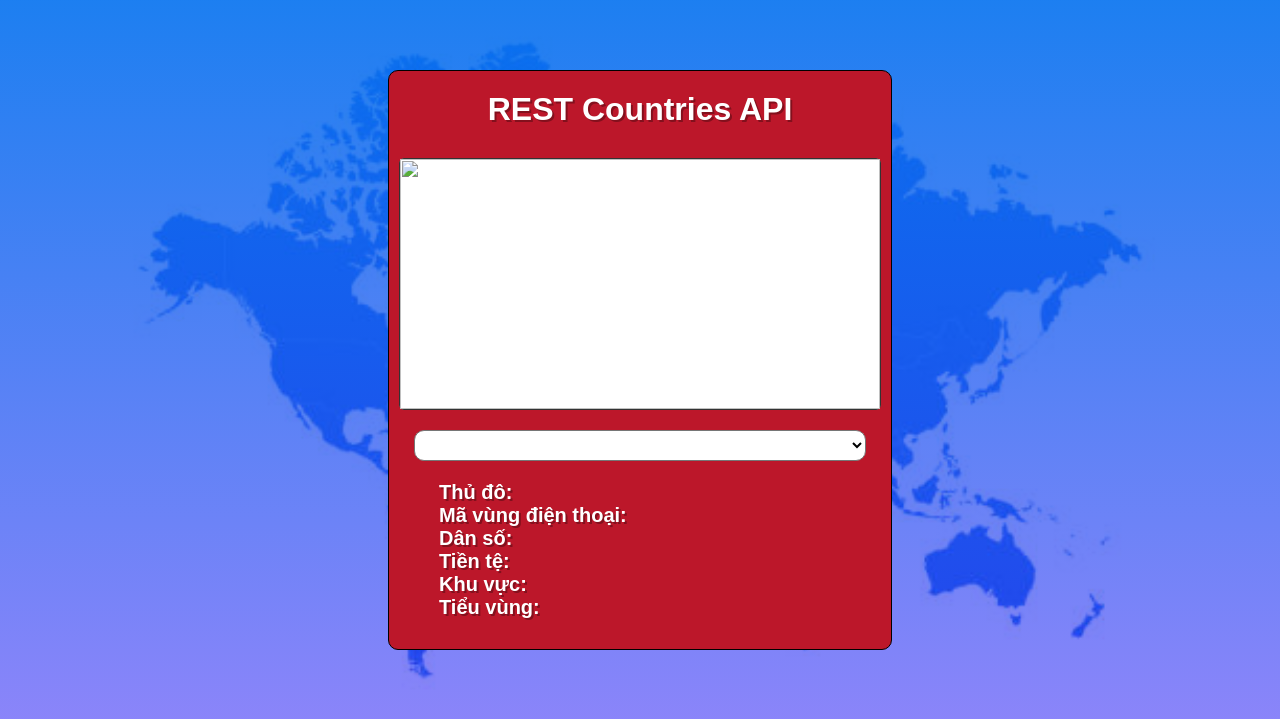
Repository: KhoaTran204/Rest-countries-api-app
Page: index.html
These files come from the project's save history. The page is drawn as it stood at one moment and after the next save; the edit follows.
The browser window is 1280 px wide. The pictures show the whole page.
The page's requests for data from a server got no answer.

Above is the page before, as saved 2024-04-14 09:29:56.

### index.html
<!DOCTYPE html>
<html lang="en">
  <head>
    <meta charset="UTF-8" />
    <meta name="viewport" content="width=device-width, initial-scale=1.0" />
    <link rel="stylesheet" href="style.css" />
    <title>Rest Countries API</title>
  </head>
  <body>
    <div class="container">
      <h1>REST Countries API</h1>
      <div id="main-container">
        <div id="flag-container">
          <img src="" alt="" />
        </div>
        <div id="info-container">
          <select id="countries"></select>
          <div class="info">
            <p>Thủ đô: <span id="capital"></span></p>
            <p>Mã vùng điện thoại: <span id="dialing-code"></span></p>
            <p>Dân số: <span id="population"></span></p>
            <p>Tiền tệ: <span id="currencies"></span></p>
            <p>Khu vực: <span id="region"></span></p>
            <p>Tiểu vùng: <span id="subregion"></span></p>
          </div>
        </div>
      </div>
    </div>
    <script src="app.js"></script>
  </body>
</html>

### style.css
* {
  margin: 0;
  padding: 0;
  box-sizing: border-box;
}

body {
  font-family: sans-serif;
  height: 100vh;
  display: flex;
  justify-content: center;
  align-items: center;
  /* background-image: url(anh/bando.jpg);
  background-repeat: no-repeat;
  background-position: center;
  background-size: cover; */
  background: linear-gradient(
      to top,
      rgba(23, 11, 244, 0.5),
      rgba(4, 113, 239, 0.9)
    ),
    url(anh/bando.jpg) no-repeat center/cover;
}

#flag-container {
  margin: 10px;
  height: 252px;
  background-color: #fff;
  border: 1px solid #333;
  border-radius: 5px;
}

#flag-container img {
  display: block;
  width: 100%;
  height: 100%;
}

.container {
  background-color: rgb(188, 23, 42);
  border-radius: 10px;
  border: 1px solid black;
}
.container h1 {
  text-align: center;
  font-weight: 800;
  text-shadow: 2px 2px rgba(0, 0, 0, 0.3);
  color: #fff;
  margin: 20px;
}
#main-container {
  width: 502px;
  margin: 30px auto;
  padding: 0;
}
#flag-container {
  height: 252px;
  background-color: #fff;
  border: 1px solid #333;
}
#flag-container img {
  display: block;
  width: 100%;
  height: 100%;
}
#info-container select {
  display: block;
  border-radius: 10px;
  margin: 20px auto;
  padding: 5px;
  min-width: 90%;
  color: black;
  font-size: 15px;
  font-weight: bold;
  text-align-last: center;
  background-color: #fff;
  text-decoration: underline;
}
#flag-container select:active {
  background-color: black;
}
.info {
  margin-left: 50px;
  color: #fff;
  font-size: 20px;
  font-weight: bold;
  text-shadow: 2px 2px rgba(0, 0, 0, 0.3);
}

### app.js
const countrieslist = document.getElementById("countries");
let countries;

countrieslist.addEventListener("change", (event) =>
  displayCountryInfo(event.target.value)
);

// fetch("https://restcountries.com/v2/all")
//   .then(function (res) {
//     console.log(res);
//     return res.json();
//   })
//   .then(function (data) {
//     console.log(data);
//     initialize(data);
//   })
//   .catch(function (err) {
//     console.log("Lỗi: ", err);
//   });
fetch("https://restcountries.com/v2/all").then((res) => {
  res
    .json()
    .then((data) => initialize(data))
    .catch((err) => console.log("Lỗi: ", err));
});
function initialize(countriesData) {
  countries = countriesData;
  let options = "";
  //   for (let i = 0; i < countries.length; i++) {
  //     options += `<option value="${countries[i].alpha3Code}">${countries[i].name}</option>`;
  //   }
  countries.forEach(
    (country) =>
      (options += `<option value="${country.alpha3Code}">${country.name}</option>`)
  );
  //   document.getElementById("countries").innerHTML = options;
  //   document.querySelector("countries").innerHTML = options;
  countrieslist.innerHTML = options;
  countrieslist.selectedIndex = Math.floor(
    Math.random() * countrieslist.length
  );
  displayCountryInfo(countrieslist[countrieslist.selectedIndex].value);
}

function displayCountryInfo(countryByAlpha3Code) {
  const countryData = countries.find(
    (country) => country.alpha3Code === countryByAlpha3Code
  );
  console.log(countryData);
  document.querySelector("#flag-container img").src = countryData.flag;
  document.querySelector(
    "#flag-container img"
  ).alt = `Flag of ${countryData.name}`;
  document.getElementById("capital").innerHTML = countryData.capital;
  document.getElementById(
    "dialing-code"
  ).innerHTML = `+ ${countryData.callingCodes[0]}`;
  document.getElementById("population").innerHTML =
    countryData.population.toLocaleString("en-US");
  document.getElementById("currencies").innerHTML = countryData.currencies
    .filter((c) => c.name)
    .map((c) => `${c.name} (${c.code})`)
    .join(", ");
  document.getElementById("region").innerHTML = countryData.region;
  document.getElementById("subregion").innerHTML = countryData.subregion;
}

After the next save:
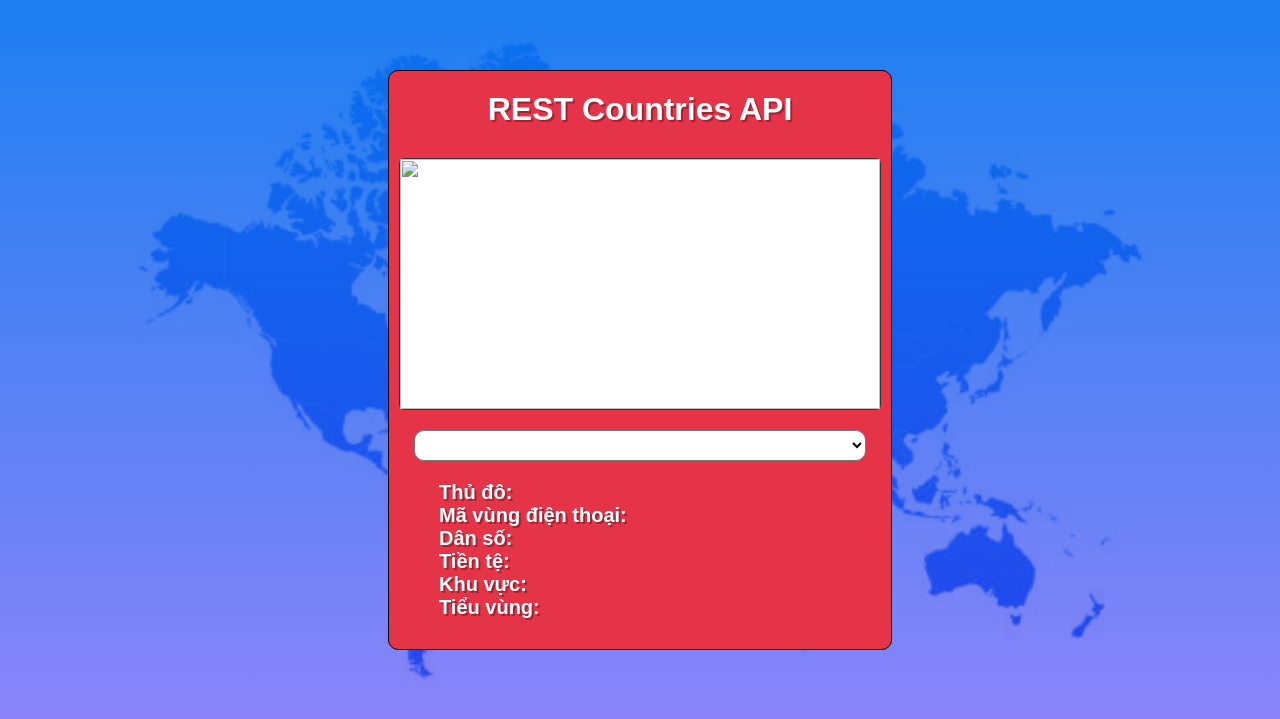
Saved 75 s later.
--- a/style.css
+++ b/style.css
@@ -37,7 +37,7 @@ body {
 }
 
 .container {
-  background-color: rgb(188, 23, 42);
+  background-color: rgb(229, 52, 72);
   border-radius: 10px;
   border: 1px solid black;
 }
